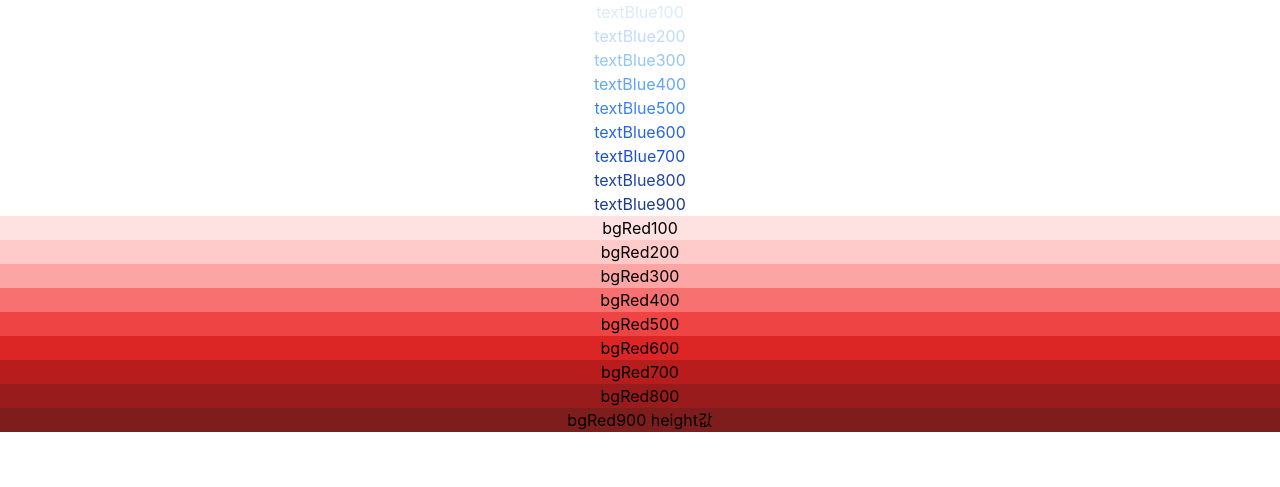
Repository: wogml3270/react-test-server
Page: /
An editor plug-in stored every save of this project. The page is shown before and after the next save, followed by the edit.
The browser window is 1280 px wide. The pictures show the whole page.
The project was rebuilt for these pictures with package versions that can differ from the ones it lists, and the page was loaded fresh each time. Also part of the build but not shown: src/App.css.

Above is the page before, as saved 2022-08-04 20:31:44.

### src/index.js
import React from 'react';
import ReactDOM from 'react-dom/client';
import './index.css';
import App from './App';
import reportWebVitals from './reportWebVitals';
import './tailwind.css';

const root = ReactDOM.createRoot(document.getElementById('root'));
root.render(
  <React.StrictMode>
    <App />
  </React.StrictMode>
);

// If you want to start measuring performance in your app, pass a function
// to log results (for example: reportWebVitals(console.log))
// or send to an analytics endpoint. Learn more: https://bit.ly/CRA-vitals
reportWebVitals();

### src/App.js

import './App.css';

function App() {
  return (
    <>
      <div className="text-center">
        <h1 className="text-blue-100">textBlue100</h1>
        <h1 className="text-blue-200">textBlue200</h1>
        <h1 className="text-blue-300">textBlue300</h1>
        <h1 className="text-blue-400">textBlue400</h1>
        <h1 className="text-blue-500">textBlue500</h1>
        <h1 className="text-blue-600">textBlue600</h1>
        <h1 className="text-blue-700">textBlue700</h1>
        <h1 className="text-blue-800">textBlue800</h1>
        <h1 className="text-blue-900">textBlue900</h1>

        <h1 className="bg-red-100">bgRed100</h1>
        <h1 className="bg-red-200">bgRed200</h1>
        <h1 className="bg-red-300">bgRed300</h1>
        <h1 className="bg-red-400">bgRed400</h1>
        <h1 className="bg-red-500">bgRed500</h1>
        <h1 className="bg-red-600">bgRed600</h1>
        <h1 className="bg-red-700">bgRed700</h1>
        <h1 className="bg-red-800">bgRed800</h1>
        <h1 className="bg-red-900 h-50">bgRed900 height값 </h1>
      </div>
    </>
  );
}

export default App;

### src/tailwind.css
/* src/tailwind.css */

@tailwind base;
@tailwind components;
@tailwind utilities;

### tailwind.config.js
// tailwindcss.config.js

module.exports = {
    content: ['./src/**/*.{js,jsx,ts,tsx}', './public/index.html'],
    theme: {
        extend: {},
    },
    plugins: [],
};

Loaded but not shown: public/index.html (common file); src/index.css (common file); src/reportWebVitals.js (common file)

After the next save:
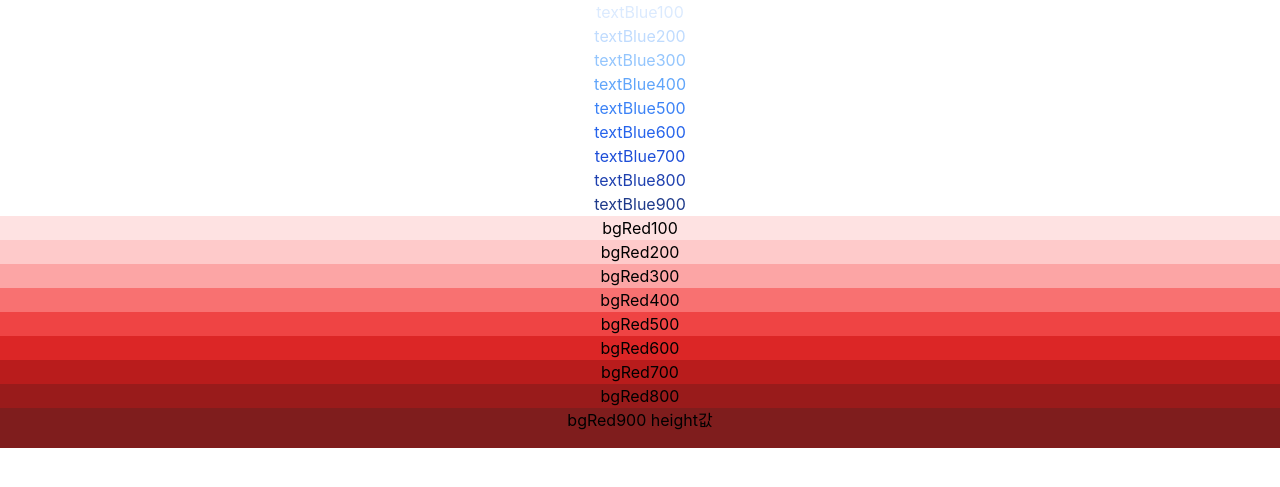
Saved 7 s later.
--- a/src/App.js
+++ b/src/App.js
@@ -23,7 +23,7 @@ function App() {
         <h1 className="bg-red-600">bgRed600</h1>
         <h1 className="bg-red-700">bgRed700</h1>
         <h1 className="bg-red-800">bgRed800</h1>
-        <h1 className="bg-red-900 h-50">bgRed900 height값 </h1>
+        <h1 className="bg-red-900 h-10">bgRed900 height값 </h1>
       </div>
     </>
   );
